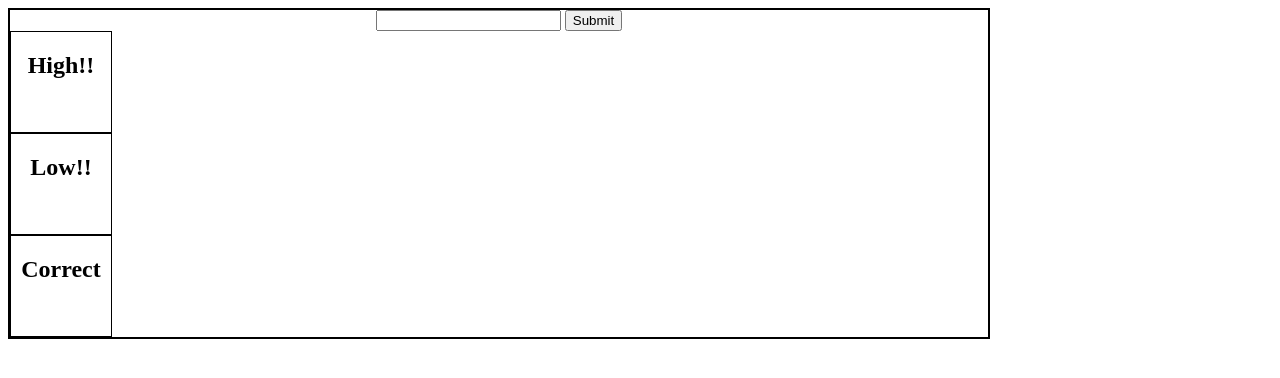
Repository: harshithamagani/Java-Basics
Page: http://localhost/number-game/
The author's editor kept a copy of each file at every save. The page is drawn from the files as they stood at one save, then again after the next save.
The browser window is 1280 px wide. The pictures show the whole page.
The page is served by Tomcat 9. Other server files are loaded and not shown.

Above is the page before, as saved 2019-11-05 18:36:23.

### number-game/WebContent/WEB-INF/index.jsp
<%@ page language="java" contentType="text/html; charset=UTF-8"
    pageEncoding="UTF-8"%>
<!DOCTYPE html>
<html>
<head>
	<meta charset="UTF-8">
	<title>Number Game</title>
	<style type="text/css">
		.highlow {
            width: 100px;
            height: 100px;
            border : solid black 1px;
        }
        #wrapper{
        	width:980px;
        	matgin: 0 auto;
        	border : solid black 1px;
        }
        #container{
        	text-align: center;
        	margin:0 auto;
        	border : solid black 1px;
        }

	</style>
</head>
<body>
	<div id="wrapper">
		<div id="container">
			<form action="/index" method="POST">
				<input name="number" id="number" type="text">
				<input name="submit" name="submit" type="submit" value="Submit">
			</form>
			 <div class="highlow">
			 	<h2>High!!</h2>
			 </div>
			 <div class="highlow">
			 	<h2>Low!!</h2>
			 </div>
			 <div class="highlow">
		        <h2>Correct</h2>
		    </div>
	    </div>
    </div>
</body>
</html>

### number-game/src/com/codingdojo/Index.java
package com.codingdojo;

import java.io.IOException;

import javax.servlet.RequestDispatcher;
import javax.servlet.ServletException;
import javax.servlet.annotation.WebServlet;
import javax.servlet.http.HttpServlet;
import javax.servlet.http.HttpServletRequest;
import javax.servlet.http.HttpServletResponse;

/**
 * Servlet implementation class Index
 */
@WebServlet("/")
public class Index extends HttpServlet {
	private static final long serialVersionUID = 1L;

    /**
     * @see HttpServlet#HttpServlet()
     */
    public Index() {
        super();
        // TODO Auto-generated constructor stub
    }

	/**
	 * @see HttpServlet#doGet(HttpServletRequest request, HttpServletResponse response)
	 */
	protected void doGet(HttpServletRequest request, HttpServletResponse response) throws ServletException, IOException {
		RequestDispatcher req = request.getRequestDispatcher("/WEB-INF/index.jsp");
		req.forward(request, response);
	}

	/**
	 * @see HttpServlet#doPost(HttpServletRequest request, HttpServletResponse response)
	 */
	protected void doPost(HttpServletRequest request, HttpServletResponse response) throws ServletException, IOException {
		// TODO Auto-generated method stub
		doGet(request, response);
	}

}

After the next save:
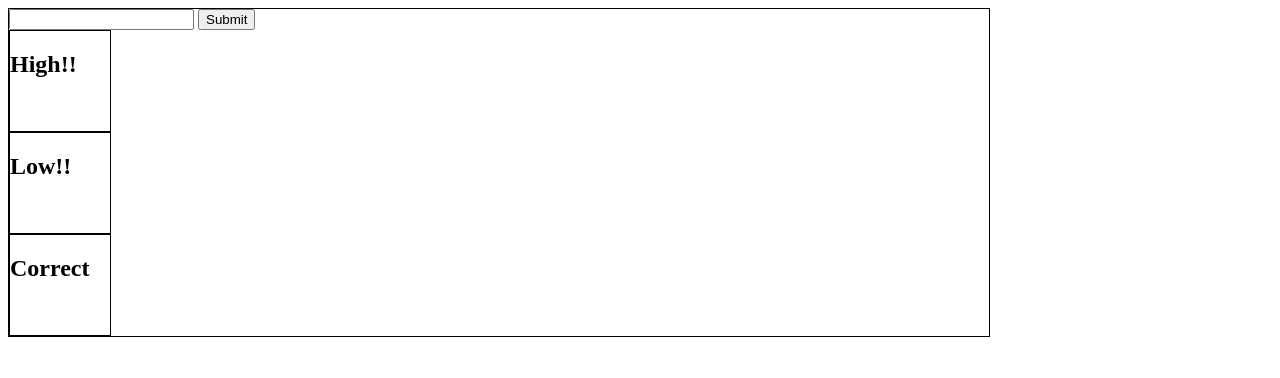
Saved 44 s later.
--- a/number-game/WebContent/WEB-INF/index.jsp
+++ b/number-game/WebContent/WEB-INF/index.jsp
@@ -14,11 +14,6 @@
         #wrapper{
         	width:980px;
         	matgin: 0 auto;
-        	border : solid black 1px;
-        }
-        #container{
-        	text-align: center;
-        	margin:0 auto;
         	border : solid black 1px;
         }
 
